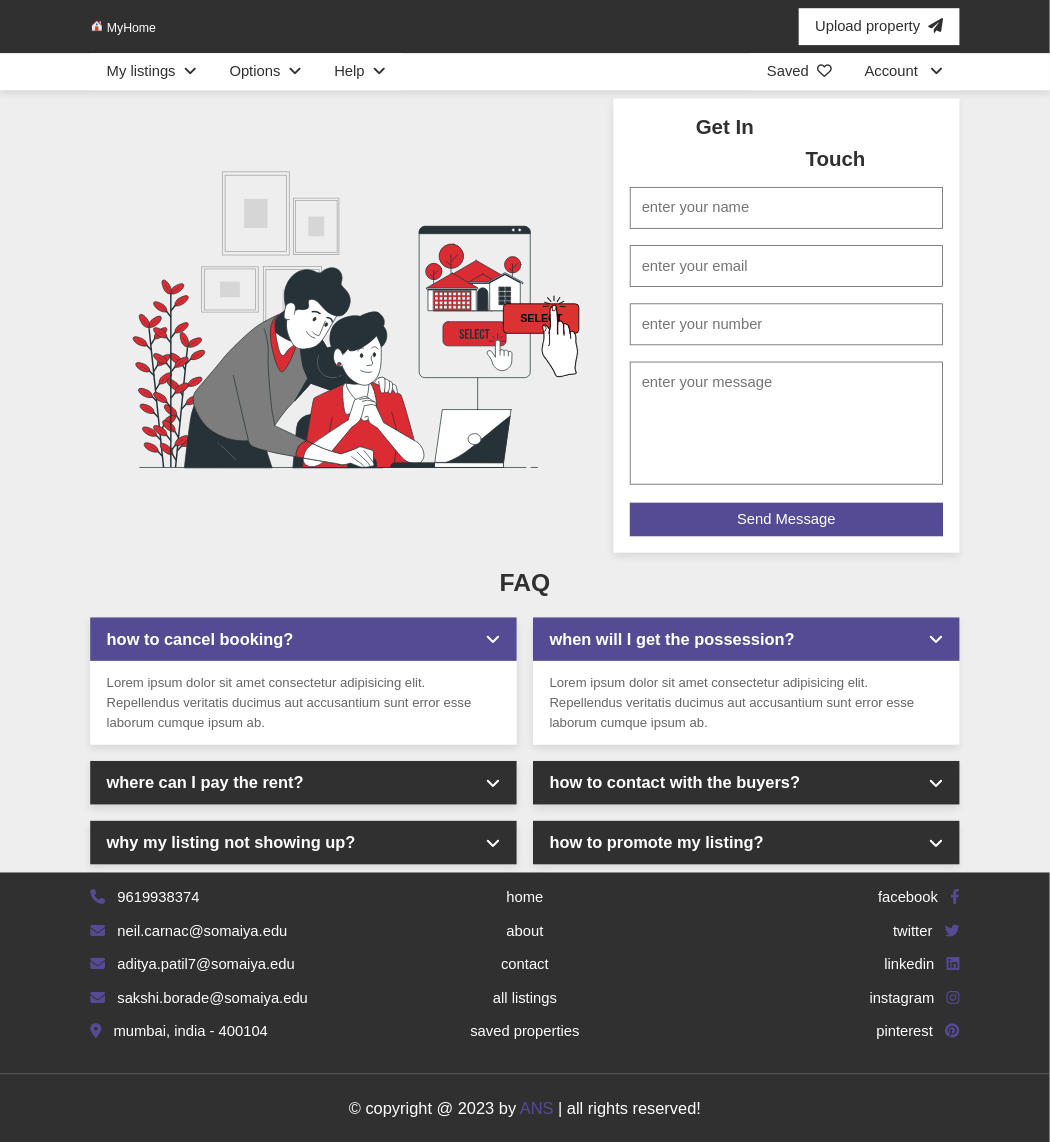
Repository: adi-tya999/wpl-project-realestatewebsite-main
Page: http://localhost/project/contact.php
These files come from the project's save history. The page is drawn as it stood at one moment and after the next save; the edit follows.
The browser window is 1280 px wide. The pictures show the whole page, at 82% of full size.
The page is run by PHP 8.4 with error messages shown; the project is at /var/www/html/.

Above is the page before, as saved 2023-05-01 17:18:59.

### project/contact.php
<?php

include 'components/connect.php';

if(isset($_COOKIE['user_id'])){
   $user_id = $_COOKIE['user_id'];
}else{
   $user_id = '';
}

if(isset($_POST['send'])){

   $msg_id = create_unique_id();
   $name = $_POST['name'];
   $name = filter_var($name, FILTER_SANITIZE_STRING);
   $email = $_POST['email'];
   $email = filter_var($email, FILTER_SANITIZE_STRING);
   $number = $_POST['number'];
   $number = filter_var($number, FILTER_SANITIZE_STRING);
   $message = $_POST['message'];
   $message = filter_var($message, FILTER_SANITIZE_STRING);

   $verify_contact = $conn->prepare("SELECT * FROM `messages` WHERE name = ? AND email = ? AND number = ? AND message = ?");
   $verify_contact->execute([$name, $email, $number, $message]);

   if($verify_contact->rowCount() > 0){
      $warning_msg[] = 'message sent already!';
   }else{
      $send_message = $conn->prepare("INSERT INTO `messages`(id, name, email, number, message) VALUES(?,?,?,?,?)");
      $send_message->execute([$msg_id, $name, $email, $number, $message]);
      $success_msg[] = 'message send successfully!';
   }

}

?>

<!DOCTYPE html>
<html lang="en">
<head>
   <meta charset="UTF-8">
   <meta http-equiv="X-UA-Compatible" content="IE=edge">
   <meta name="viewport" content="width=device-width, initial-scale=1.0">
   <title>Contact Us</title>
   <link type="image/png" sizes="16x16" rel="icon" href="images/hoe.png">

   <!-- font awesome cdn link  -->
   <link rel="stylesheet" href="https://cdnjs.cloudflare.com/ajax/libs/font-awesome/6.2.0/css/all.min.css">

   <!-- custom css file link  -->
   <link rel="stylesheet" href="css/style.css">

</head>
<body>

<?php include 'components/user_header.php'; ?>

<div>
<!-- contact section starts  -->
<style>
		button {
			background-color: #da3332;
			color: black;
			padding: 10px 20px;
			border: none;
			border-radius: 5px;
			font-size: 1.3rem;
         /* margin-top: 500px; */
         margin-left: 660px;
         font-weight: bold;
         border: 1.5px solid black;
         position: absolute;
         margin-top: 260px;
         /* font-family: Montserrat; Change the font */
         transition: background-color 0.3s, color 0.3s;
         transform: translateX(-50%); /* Adjust for half of the button's width */


		}
      button:hover{
         cursor: pointer;
         background-color: #EEEEEE;
			color: black;
      }
      .selele{

         position: absolute; /* Add relative positioning to the container */
			height: 1000px;
      }
      .finger{
         transition: 600ms;
         position: absolute; /* Add relative positioning to the container */
         height:100px ;
         width:45px ;
         margin-top: 250px;
         margin-left: 660px;
         z-index: 2;
      }
      .finger:hover{
         cursor: pointer;
         transform: scale(0.9); /* Add a scale transform on hover */
      }
      .linke{
         text-decoration: none;
         color: black;
      }
      .touch{
         margin-left: 120px ;
      }
      .getin{
         margin-right: 150px;
      }
      .touch:hover{
         transform: scale(0.9); /* Add a scale transform on hover */

      }

	</style>

   <div class="selele">
      <img src="images/fingerwhite.png" class="finger" alt="">
      <button><a class="linke" href="home.php"><b>SELECT</b></a></button>
   </div>
<section class="contact">
   <div class="row">
      <div class="image">
         <img src="images/contact-img.svg" alt="">
      </div>
      <form action="" method="post">
         <h3 class="getin">get in <h3  class="touch">touch</h3></h3>
         <input type="text" name="name" required maxlength="50" placeholder="enter your name" class="box">
         <input type="email" name="email" required maxlength="50" placeholder="enter your email" class="box">
         <input type="number" name="number" required maxlength="10" max="9999999999" min="0" placeholder="enter your number" class="box">
         <textarea name="message" placeholder="enter your message" required maxlength="1000" cols="30" rows="10" class="box"></textarea>
         <input type="submit" value="send message" name="send" class="btn">
      </form>
   </div>

</section>

<!-- contact section ends -->

<!-- faq section starts  -->

<section class="faq" id="faq">

   <h1 class="heading">FAQ</h1>

   <div class="box-container">

      <div class="box active">
         <h3><span>how to cancel booking?</span><i class="fas fa-angle-down"></i></h3>
         <p>Lorem ipsum dolor sit amet consectetur adipisicing elit. Repellendus veritatis ducimus aut accusantium sunt error esse laborum cumque ipsum ab.</p>
      </div>

      <div class="box active">
         <h3><span>when will I get the possession?</span><i class="fas fa-angle-down"></i></h3>
         <p>Lorem ipsum dolor sit amet consectetur adipisicing elit. Repellendus veritatis ducimus aut accusantium sunt error esse laborum cumque ipsum ab.</p>
      </div>

      <div class="box">
         <h3><span>where can I pay the rent?</span><i class="fas fa-angle-down"></i></h3>
         <p>Lorem ipsum dolor sit amet consectetur adipisicing elit. Repellendus veritatis ducimus aut accusantium sunt error esse laborum cumque ipsum ab.</p>
      </div>

      <div class="box">
         <h3><span>how to contact with the buyers?</span><i class="fas fa-angle-down"></i></h3>
         <p>Lorem ipsum dolor sit amet consectetur adipisicing elit. Repellendus veritatis ducimus aut accusantium sunt error esse laborum cumque ipsum ab.</p>
      </div>

      <div class="box">
         <h3><span>why my listing not showing up?</span><i class="fas fa-angle-down"></i></h3>
         <p>Lorem ipsum dolor sit amet consectetur adipisicing elit. Repellendus veritatis ducimus aut accusantium sunt error esse laborum cumque ipsum ab.</p>
      </div>

      <div class="box">
         <h3><span>how to promote my listing?</span><i class="fas fa-angle-down"></i></h3>
         <p>Lorem ipsum dolor sit amet consectetur adipisicing elit. Repellendus veritatis ducimus aut accusantium sunt error esse laborum cumque ipsum ab.</p>
      </div>

   </div>

</section>

<!-- faq section ends -->










<script src="https://cdnjs.cloudflare.com/ajax/libs/sweetalert/2.1.2/sweetalert.min.js"></script>

<?php include 'components/footer.php'; ?>

<!-- custom js file link  -->
<script src="js/script.js"></script>

<?php include 'components/message.php'; ?>
</div>
</body>
</html>

### project/components/connect.php
<?php

   $db_name = 'mysql:host=localhost;dbname=home_db';
   $db_user_name = 'root';
   $db_user_pass = '';

   $conn = new PDO($db_name, $db_user_name, $db_user_pass);

   function create_unique_id(){
      $characters = '0123456789abcdefghijklmnopqrstuvwxyzABCDEFGHIJKLMNOPQRSTUVWXYZ';
      $charactersLength = strlen($characters);
      $randomString = '';
      for ($i = 0; $i < 20; $i++) {
          $randomString .= $characters[mt_rand(0, $charactersLength - 1)];
      }
      return $randomString;
  }

?>

### project/components/user_header.php
<!-- header section starts  -->

<header class="header">

   <nav class="navbar nav-1">
      <section class="flex">
         <a href="home.php" class="logo"><img src="images/hoe.png" alt=""> MyHome</a>

         <ul>
            <li class="upload"><a href="post_property.php">Upload property<i class="fas fa-paper-plane"></i></a></li>
         </ul>
      </section>
   </nav>

   <style>
      .menu{
         font-size: 1rem !important;
      }
   </style>

   <nav class="navbar nav-2">
      <section class="flex">
         <div id="menu-btn" class="fas fa-bars"></div>

         <div class="menu">
            <ul>
               <li><a href="#">My listings<i class="fas fa-angle-down"></i></a>
                  <ul>
                     <li><a href="dashboard.php">Dashboard</a></li>
                     <li><a href="post_property.php">Upload Property</a></li>
                     <li><a href="my_listings.php">My Listings</a></li>
                  </ul>
               </li>
               <li><a href="#">Options<i class="fas fa-angle-down"></i></a>
                  <ul>
                     <li><a href="search.php">Filter search</a></li>
                     <li><a href="listings.php">All listings</a></li>
                  </ul>
               </li>
               <li><a href="#">Help<i class="fas fa-angle-down"></i></a>
                  <ul>
                     <li><a href="about.php">About Us</a></i></li>
                     <li><a href="contact.php">Contact Us</a></i></li>
                     <li><a href="contact.php#faq">FAQ</a></i></li>
                  </ul>
               </li>
            </ul>
         </div>

         <ul>
            <li><a href="saved.php">Saved<i class="far fa-heart"></i></a></li>
            <li><a href="#">Account <i class="fas fa-angle-down"></i></a>
               <ul>
                  <li><a href="login.php">login Now</a></li>
                  <li><a href="register.php">Register New</a></li>
                  <?php if($user_id != ''){ ?>
                  <li><a href="update.php">Update Profile</a></li>
                  <li><a href="components/user_logout.php" onclick="return confirm('logout from this website?');">Logout</a>
                  <?php } ?></li>
               </ul>
            </li>
         </ul>
      </section>
   </nav>

</header>

<!-- header section ends -->

### project/components/footer.php
<!-- footer section starts  -->

<footer class="footer">

   <section class="flex">

      <div class="box">
         <a href="tel:9619938374"><i class="fas fa-phone"></i><span>9619938374</span></a>
         <a href="mailto:neil.carnac@somaiya.edu"><i class="fas fa-envelope"></i><span>neil.carnac@somaiya.edu</span></a>
         <a href="mailto:aditya.patil7@somaiya.edu"><i class="fas fa-envelope"></i><span>aditya.patil7@somaiya.edu</span></a>
         <a href="mailto:sakshi.borade@somaiya.edu"><i class="fas fa-envelope"></i><span>sakshi.borade@somaiya.edu</span></a>
         <a href="#"><i class="fas fa-map-marker-alt"></i><span>mumbai, india - 400104</span></a>
      </div>

      <div class="box">
         <a href="home.php"><span>home</span></a>
         <a href="about.php"><span>about</span></a>
         <a href="contact.php"><span>contact</span></a>
         <a href="listings.php"><span>all listings</span></a>
         <a href="saved.php"><span>saved properties</span></a>
      </div>

      <div class="box">
         <a href="#"><span>facebook</span><i class="fab fa-facebook-f"></i></a>
         <a href="#"><span>twitter</span><i class="fab fa-twitter"></i></a>
         <a href="#"><span>linkedin</span><i class="fab fa-linkedin"></i></a>
         <a href="#"><span>instagram</span><i class="fab fa-instagram"></i></a>
         <a href="#"><span>pinterest</span><i class="fab fa-pinterest"></i></a>

      </div>

   </section>

   <div class="credit">&copy; copyright @ <?= date('Y'); ?> by <span>ANS</span> | all rights reserved!</div>

</footer>

<!-- footer section ends -->

Loaded but not shown: project/components/message.php (common file); project/images/contact-img.svg (1 lines, source omitted); project/js/script.js (21 lines, source omitted); project/css/style.css (1372 lines, source omitted)

After the next save:
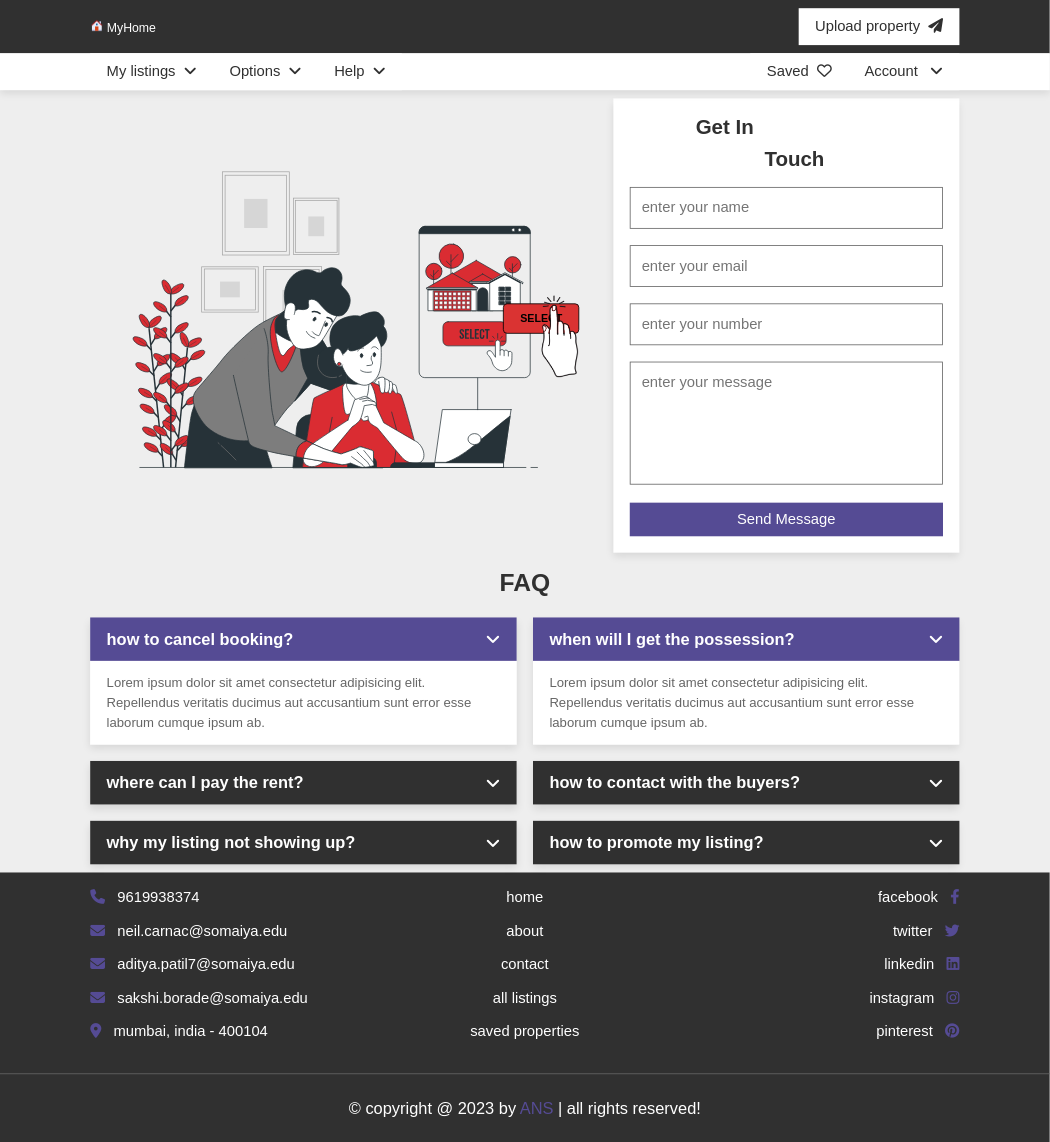
Saved 5 s later.
--- a/project/contact.php
+++ b/project/contact.php
@@ -105,7 +105,7 @@ if(isset($_POST['send'])){
          color: black;
       }
       .touch{
-         margin-left: 120px ;
+         margin-left: 20px ;
       }
       .getin{
          margin-right: 150px;
